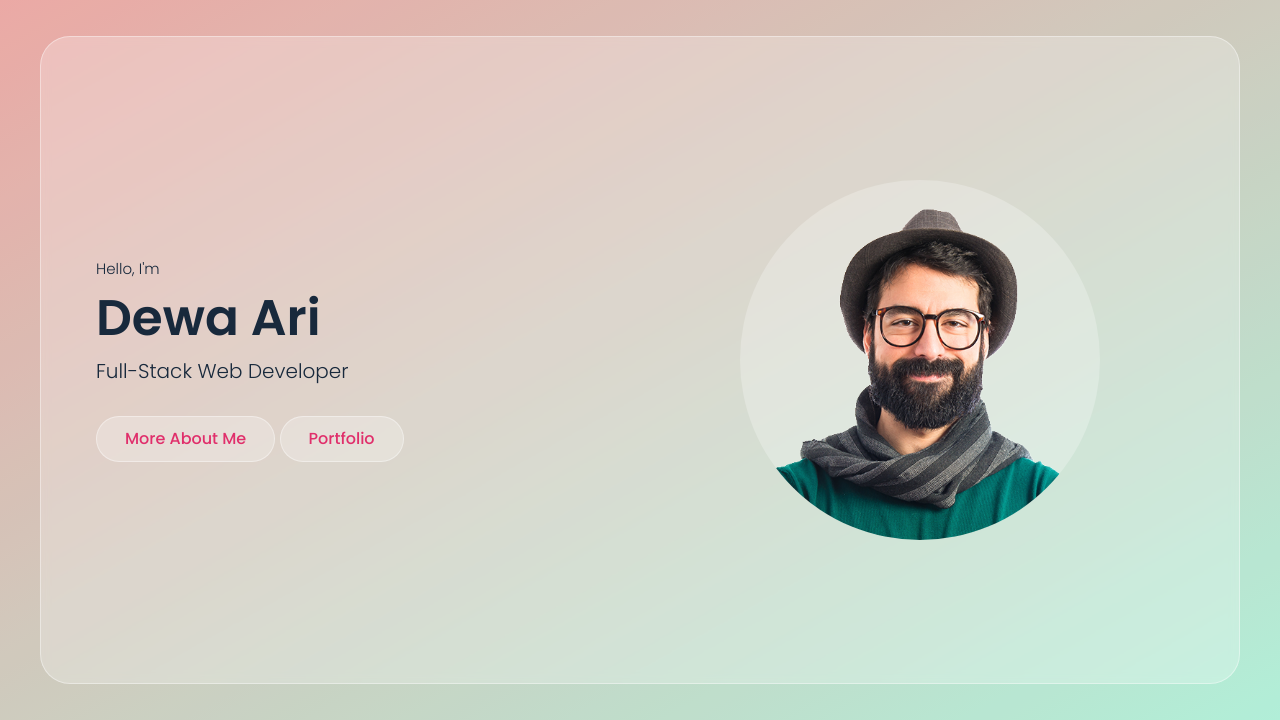
Repository: dewaary/Glassmorp-me
Page: index.html
These files come from the project's save history. The page is drawn as it stood at one moment and after the next save; the edit follows.
The browser window is 1280 px wide. The pictures show the whole page.

Above is the page before, as saved 2021-05-12 22:38:13.

After the next save:
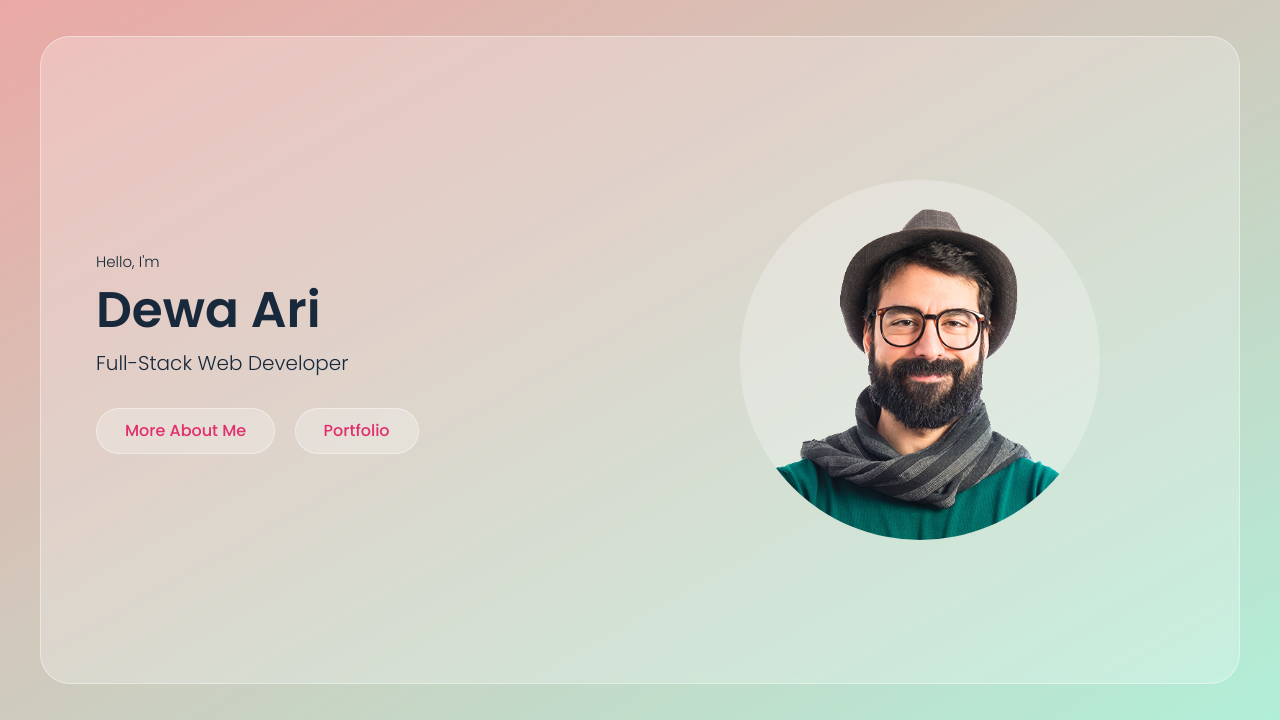
Saved 62 s later.
--- a/style.css
+++ b/style.css
@@ -171,6 +171,10 @@ Home Section */
     margin: 0 0 30px;
 }
 
+.home-text .btn{
+    margin: 0 15px 15px 0;
+}
+
 .home-text h1{
     font-size: 50px;
     text-transform: capitalize;
